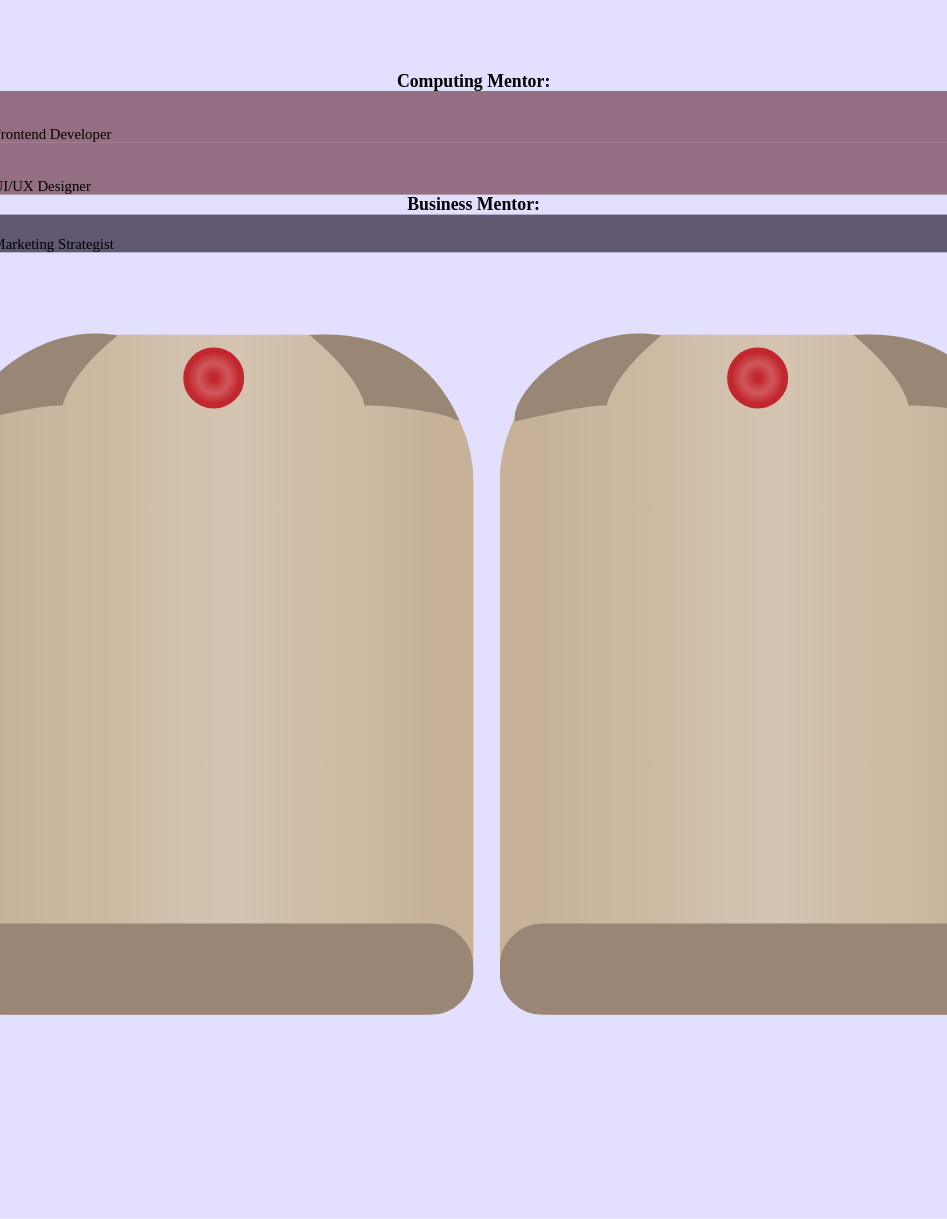
Repository: anikagrewal/week3example
Page: /about
An editor plug-in stored every save of this project. The page is shown before and after the next save, followed by the edit.
The browser window is 1280 px wide. The pictures show the whole page, at 74% of full size.
The project was rebuilt for these pictures with package versions that can differ from the ones it lists, and the page was loaded fresh each time. The framework's server and built-in components were replaced by stand-ins that run in the browser. Also part of the build but not shown: next.config.js.

Above is the page before, as saved 2023-01-23 14:01:31.

### pages/about.js
import Head from 'next/head'
import Image from 'next/image'
import { Inter } from '@next/font/google'
import styles from '@/styles/About.module.css'
import data from '../data/workplace.json'
import { useState } from 'react'
import CardEmployee from '../components/CardEmployee'

const inter = Inter({ subsets: ['latin'] })

console.log(data);
export default function About() {

    const [information, setInformation] = useState([...data])

    return (
        <>
        <Head>
        <title>About Page</title>
        <meta name="description" content="Generated by create next app" />
        <meta name="viewport" content="width=device-width, initial-scale=1" />
        <link rel="icon" href="/favicon.ico" />
      </Head>
      <main className={styles.main}>



        <div className={styles.grid}>
        <div className={styles.gridlayout}>
        <div>
          <div className={styles.mentorlay}>
        <h2 className={styles.busdeg}>Computing Mentor: </h2>
        {information && information.map((info, index) => {
          if(info.graduate === "computing") {
            return (
              <div key={index}>
                <CardEmployee role={info.role} colour="#946E83" font="20px"/>
              </div>
            )
          }


        })}
        </div>

        <div>
        <h2 className={styles.busdeg}>Business Mentor: </h2>
        {information && information.map((info, index) => {
          if(info.graduate === "business") {
            return (
              <div key={index}>
                <CardEmployee role={info.role} colour="#605770" font="20px"/>
              </div>
            )
          }


})}
</div>
</div>

<div className={styles.scrolls}>
<Image
className={styles.scrollone}
width={700}
height={1000}
src={'vector/mentor.svg'}
/>
<Image
className={styles.scrolltwo}
width={700}
height={1000}
src={'vector/mentor.svg'}
/>
</div>
</div>
</div>
</main>
</>
    )
}

### styles/globals.css
:root {
  --max-width: 1100px;
  --border-radius: 12px;
  --font-mono: ui-monospace, Menlo, Monaco, 'Cascadia Mono', 'Segoe UI Mono',
    'Roboto Mono', 'Oxygen Mono', 'Ubuntu Monospace', 'Source Code Pro',
    'Fira Mono', 'Droid Sans Mono', 'Courier New', monospace;

  --foreground-rgb: #E3DFFF;
  --background-start-rgb: #E3DFFF;
  --background-end-rgb: #E3DFFF;
  --background-body-color: #E3DFFF;

  --primary-glow: conic-gradient(
    from 180deg at 50% 50%,
    #16abff33 0deg,
    #0885ff33 55deg,
    #54d6ff33 120deg,
    #0071ff33 160deg,
    transparent 360deg
  );
  --secondary-glow: radial-gradient(
    rgba(#E3DFFF, 1),
    rgba(#E3DFFF, 0)
  );

  --tile-start-rgb: 239, 245, 249;
  --tile-end-rgb: 228, 232, 233;
  --tile-border: conic-gradient(
    #00000080,
    #00000040,
    #00000030,
    #00000020,
    #00000010,
    #00000010,
    #00000080
  );

  --callout-rgb: #E3DFFF;
  --callout-border-rgb: 172, 175, 176;
  --card-rgb: 180, 185, 188;
  --card-border-rgb: 131, 134, 135;
}

@media (prefers-color-scheme: dark) {
  :root {
    --foreground-rgb: #E3DFFF;
    --background-start-rgb: 0, 0, 0;
    --background-end-rgb: 0, 0, 0;

    --primary-glow: radial-gradient(rgba(1, 65, 255, 0.4), rgba(1, 65, 255, 0));
    --secondary-glow: linear-gradient(
      to bottom right,
      rgba(1, 65, 255, 0),
      rgba(1, 65, 255, 0),
      rgba(1, 65, 255, 0.3)
    );

    --tile-start-rgb: 2, 13, 46;
    --tile-end-rgb: 2, 5, 19;
    --tile-border: conic-gradient(
      #ffffff80,
      #ffffff40,
      #ffffff30,
      #ffffff20,
      #ffffff10,
      #ffffff10,
      #ffffff80
    );

    --callout-rgb: 20, 20, 20;
    --callout-border-rgb: 108, 108, 108;
    --card-rgb: 100, 100, 100;
    --card-border-rgb: 200, 200, 200;
  }
}

* {
  box-sizing: border-box;
  padding: 0;
  margin: 0;
}

html,
body {
  max-width: 100vw;
  overflow-x: hidden;
}

body {
  color: rgb(var(--foreground-rgb));
  background: linear-gradient(
      to bottom,
      transparent,
      rgb(var(--background-end-rgb))
    )
    rgb(var(--background-start-rgb));
}

a {
  color: inherit;
  text-decoration: none;
}

@media (prefers-color-scheme: dark) {
  html {
    color-scheme: light;
  }
}

### styles/About.module.css
.main {
    display: flex;
    flex-direction: column;
    justify-content: space-between;
    align-items: center;
    padding: 6rem;
    min-height: 100vh;
    background-color: var(--background-body-color);
  }

  .description {
    display: inherit;
    justify-content: inherit;
    align-items: inherit;
    font-size: 0.85rem;
    max-width: var(--max-width);
    width: 100%;
    z-index: 2;
    font-family: var(--font-mono);
  }

  .description a {
    display: flex;
    justify-content: center;
    align-items: center;
    gap: 0.5rem;
  }

  .description p {
    position: relative;
    margin: 0;
    padding: 1rem;
    background-color: rgba(var(--callout-rgb), 0.5);
    border: 1px solid rgba(var(--callout-border-rgb), 0.3);
    border-radius: var(--border-radius);
  }

  .code {
    font-weight: 700;
    font-family: var(--font-mono);
  }

  .grid {
    display: grid;
    grid-template-columns: (4, minmax(25%, auto));
    width: var(--max-width);
    max-width: 100%;
    justify-content: center;
  }

  .gridlayout {
    display: flex;
    flex-direction: column;
   gap: 70px;
  }

  .card {
    padding: 1rem 1.2rem;
    border-radius: var(--border-radius);
    background: rgba(var(--card-rgb), 0);
    border: 1px solid rgba(var(--card-border-rgb), 0);
    transition: background 200ms, border 200ms;
  }

  .card span {
    display: inline-block;
    transition: transform 200ms;
  }

  .card h2 {
    font-weight: 600;
    margin-bottom: 0.7rem;
  }

  .card p {
    margin: 0;
    opacity: 0.6;
    font-size: 0.9rem;
    line-height: 1.5;
    max-width: 30ch;
  }





  .busdeg {
    display: flex;
    justify-content: center;
  }

  .compdeg {
    display: flex;
    justify-content: center;
  }

  .button {
    width: 150px;
    height: 50px;
    border-radius: 5px;
    font-size: 20px;
  }

 .scrolls {
  display: flex;
  justify-content: center;
  flex-direction: row;
 }

  .scrollone {
    display: flex;
    justify-content: center;
    align-items: center;
    position: relative;
    z-index: 1;
    margin-left: 2.5%;
    margin-bottom: 10%;

  }

  .scrolltwo {
    display: flex;
    justify-content: center;
    align-items: center;
    position: relative;
    z-index: 1;
    margin-left: 2.5%;
    margin-bottom: 10%;

  }

  /* Conic Gradient Animation */
  .thirteen::before {
    animation: 6s rotate linear infinite;
    width: 200%;
    height: 200%;
    background: var(--tile-border);
  }

  /* Inner Square */
  .thirteen::after {
    inset: 0;
    padding: 1px;
    border-radius: var(--border-radius);
    background: linear-gradient(
      to bottom right,
      rgba(var(--tile-start-rgb), 1),
      rgba(var(--tile-end-rgb), 1)
    );
    background-clip: content-box;
  }

  /* Enable hover only on non-touch devices */
  @media (hover: hover) and (pointer: fine) {
    .card:hover {
      background: rgba(var(--card-rgb), 0.1);
      border: 1px solid rgba(var(--card-border-rgb), 0.15);
    }

    .card:hover span {
      transform: translateX(4px);
    }
  }

  @media (prefers-reduced-motion) {
    .thirteen::before {
      animation: none;
    }

    .card:hover span {
      transform: none;
    }
  }

  /* Mobile */
  @media (max-width: 700px) {
    .content {
      padding: 4rem;
    }

    .grid {
      grid-template-columns: 1fr;
      margin-bottom: 120px;
      max-width: 320px;
      text-align: center;
    }

    .card {
      padding: 1rem 2.5rem;
    }

    .card h2 {
      margin-bottom: 0.5rem;
    }

    .center {
      padding: 8rem 0 6rem;
    }

    .center::before {
      transform: none;
      height: 300px;
    }

    .description {
      font-size: 0.8rem;
    }

    .description a {
      padding: 1rem;
    }

    .description p,
    .description div {
      display: flex;
      justify-content: center;
      position: fixed;
      width: 100%;
    }

    .description p {
      align-items: center;
      inset: 0 0 auto;
      padding: 2rem 1rem 1.4rem;
      border-radius: 0;
      border: none;
      border-bottom: 1px solid rgba(var(--callout-border-rgb), 0.25);
      background: linear-gradient(
        to bottom,
        rgba(var(--background-start-rgb), 1),
        rgba(var(--callout-rgb), 0.5)
      );
      background-clip: padding-box;
      backdrop-filter: blur(24px);
    }

    .description div {
      align-items: flex-end;
      pointer-events: none;
      inset: auto 0 0;
      padding: 2rem;
      height: 200px;
      background: linear-gradient(
        to bottom,
        transparent 0%,
        rgb(var(--background-end-rgb)) 40%
      );
      z-index: 1;
    }
  }

  /* Tablet and Smaller Desktop */
  @media (min-width: 701px) and (max-width: 1120px) {
    .grid {
      grid-template-columns: repeat(2, 50%);
    }
  }

  @media (prefers-color-scheme: dark) {
    .vercelLogo {
      filter: invert(1);
    }

    .logo,
    .thirteen img {
      filter: invert(1) drop-shadow(0 0 0.3rem #ffffff70);
    }
  }

  @keyframes rotate {
    from {
      transform: rotate(360deg);
    }
    to {
      transform: rotate(0deg);
    }
  }

### data/workplace.json
[
    {
    "employeeNumber": "E2345",
    "firstName": "Joe",
    "role": "Frontend Developer",
    "position": "Junior",
    "graduate": "computing",
    "startDate": 2021
},
{
    "employeeNumber": "E6789",
    "firstName": "Alice",
    "role": "UI/UX Designer",
    "position": "Junior",
    "graduate": "computing",
    "startDate": 2020
},
{
    "employeeNumber": "E1011",
    "firstName": "Jane",
    "role": "Marketing Strategist",
    "position": "Junior",
    "graduate": "business",
    "startDate": 2022
}
]

### components/CardEmployee/index.js
export default function CardEmployee({
    role = "none",
    colour = "purple",
    font = "0",
    image = "icon/business.png"
}) {
    return(
        <div style={{backgroundColor: colour, fontSize:font}}>
            {
                colour === "#946E83" ? <img src={'icon/business.jpeg'} width="50"/> :
                colour === "#605770" ? <img src={'icon/computing.jpeg'} width="50"/>:
                                     <img src={image} width="50"/>
            }
            {role}
        </div>
    )
}

Loaded but not shown: pages/_app.js (common file); pages/_document.js (common file)

After the next save:
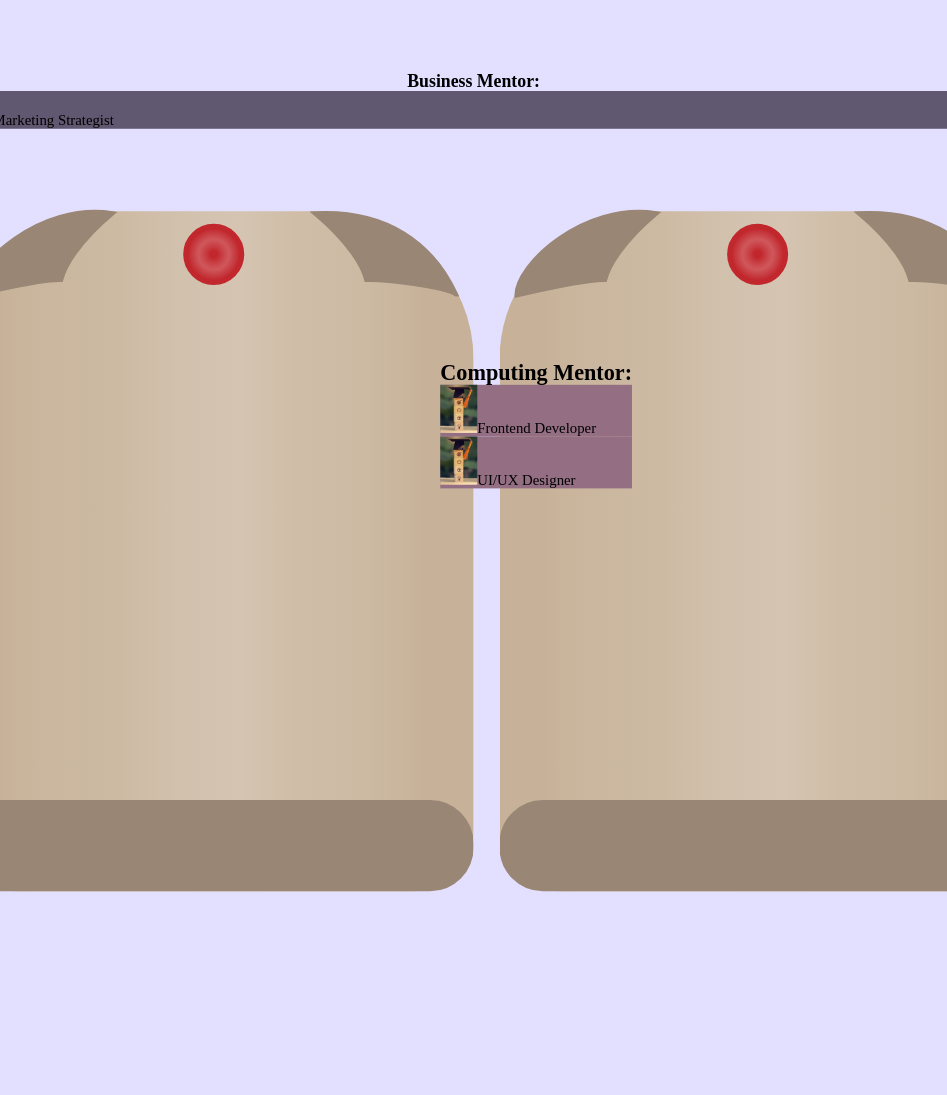
Saved 27 s later.
--- a/styles/About.module.css
+++ b/styles/About.module.css
@@ -101,6 +101,13 @@
     font-size: 20px;
   }
 
+  .mentorlay {
+    margin-top: 390px;
+  margin-left: 655px;
+  position: absolute;
+  z-index: 4;
+  font-size: 20px;
+  }
  .scrolls {
   display: flex;
   justify-content: center;
